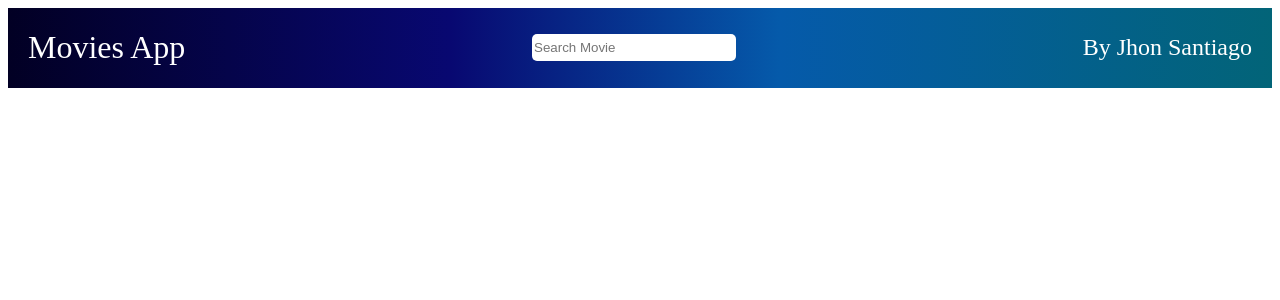
Repository: jhonenmanuel1/movies-get-info-fetch
Page: /
The author's editor kept a copy of each file at every save. The page is drawn from the files as they stood at one save, then again after the next save.
The browser window is 1280 px wide. The pictures show the whole page.
The page's requests for data from a server got no answer. The project was rebuilt for these pictures with package versions that can differ from the ones it lists, and the page was loaded fresh each time. No one was signed in, and anything a server would have sent is missing. Also part of the build but not shown: src/App.css, src/components/AddFavourites.js.

Above is the page before, as saved 2022-06-19 16:42:24.

After the next save:
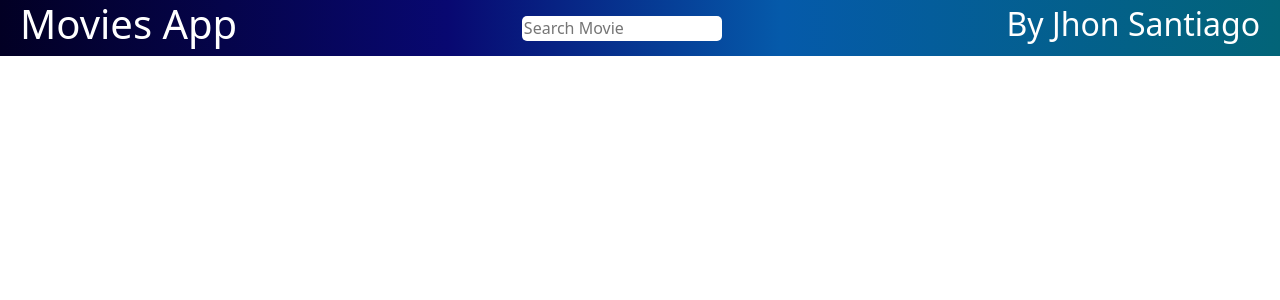
Saved 3 min 31 s later.
--- a/src/App.js
+++ b/src/App.js
@@ -1,7 +1,6 @@
 import { useEffect, useState } from "react";
-import logo from "./logo.svg";
+import 'bootstrap/dist/css/bootstrap.min.css'
 import "./App.css";
-
 import MovieHeader from "./components/MovieHeader";
 import AddFavourites from "./components/AddFavourites";
 import MoviesList from "./components/movielist";
